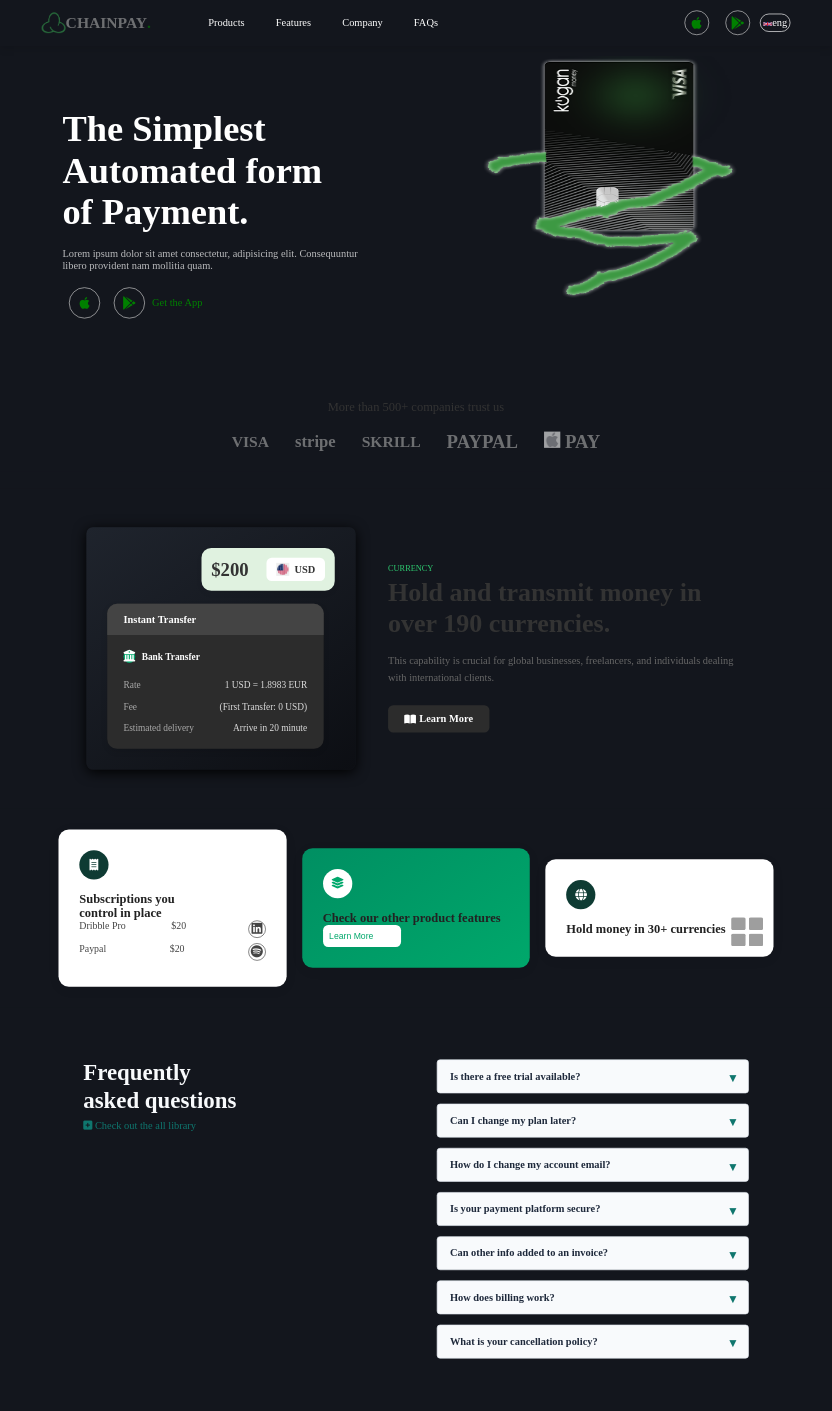
Repository: Austinokezie/Fintech-landing-page
Page: Chainpay.html
An editor plug-in stored every save of this project. The page is shown before and after the next save, followed by the edit.
The browser window is 1280 px wide. The pictures show the whole page, at 65% of full size.
Pictures or frames that could not be fetched are drawn as grey boxes. Some web libraries are served in a nearby version.

Above is the page before, as saved 2025-10-15 23:23:42.

### Chainpay.html
<!DOCTYPE html>
<html lang="en">
<head>
    <meta charset="UTF-8">
    <meta name="viewport" content="width=device-width, initial-scale=1.0">
    <title>Document</title>
    <link rel="stylesheet" href="./Chainpay.css">
    <script src="https://kit.fontawesome.com/988c5ad863.js" crossorigin="anonymous"></script>
</head>
<body>
    <nav>
        <div class="left">
            <div class="logo">
                <img src="./images/logo.png" alt="logo image">

                <span>Chainpay</span><span class="dot">.</span>

            </div>
            <ul class="links">
                <li class="link">Products</li>
                <li class="link">Features</li>
                <li class="link">Company</li>
                <li class="link">FAQs</li>

            </ul>
        </div>

        <div class="btn">
            <i class="fa-brands fa-apple"></i>
            <i class="fa-brands fa-google-play"></i>
            <div class="flag">
                <a href=""><img src="./images/Flag_of_the_United_Kingdom_(1-2).svg.png" alt="flag"><span>eng</span></a>


            </div>

        </div>
    </nav>
    <main>
        <div class="introsection">
            <h1>
                <p>The Simplest</p>
                <p>Automated form</p>
                <p>of Payment.</p>
            </h1>
            <p class="describe">Lorem ipsum dolor sit amet consectetur, adipisicing elit. Consequuntur libero provident nam mollitia quam.</p>
            <div class="btnicons">
                <i class="fa-brands fa-apple"></i>
                <i class="fa-brands fa-google-play"></i>
                <a href="#">Get the App</a>
            </div>
            <!-- <div>
                <button class="btn"> Get Started</button>
                <button class="btn"> Discover More</button>
            </div> -->
        </div>
        <div class="imagesection">
            <img src="./images/card.png" alt="">
        </div>
    </main>
   <section class="trust-section">
      <p class="trust-statement">More than 500+ companies trust us</p>
       <div class="payment-logos">
          <span class="logo visa">VISA</span>
          <span class="logo stripe">stripe</span>
          <span class="logo skrill">Skrill</span>
          <span class="logo paypal">PayPal</span>
          <span class="logo apple-pay"><img src="./images/Apple logo.jpg" alt=""> Pay</span>
        </div>
   </section>
    <section class="currency-feature-section">
            <div class="demo-section">
                <div class="input-card">
                    <span class="amount">$200</span>
                        <div class="currency-selector">
                            <img src="./images/USA FLAG2.jpeg" alt="US Flag" class="flag-icon">
                             <span class="currency-code">USD</span>

                        </div>
                </div>

                <div class="transfer-details-card">
                      <div class="card-header">
                         <span class="header-text">Instant Transfer</span>
                       </div>
                    <div class="transfer-info">
                        <div class="info-line bank-transfer">
                          <span class="icon "><i class="fa-solid fa-building-columns bank-icon"></i></span>
                         <span class="text">Bank Transfer</span>
                       </div>
                       <div class="info-line detail-row">
                          <span class="label">Rate</span>
                          <span class="value">1 USD = 1.8983 EUR</span>
                       </div>
                        <div class="info-line detail-row">
                          <span class="label">Fee</span>
                          <span class="value">(First Transfer: 0 USD)</span>
                       </div>
                       <div class="info-line detail-row">
                          <span class="label">Estimated delivery</span>
                         <span class="value">Arrive in 20 minute</span>
                        </div>
                   </div>
               </div>
            </div>

        <div class="content-section">
               <p class="tagline">Currency</p>
               <h2 class="headline">Hold and transmit money in over 190 currencies.</h2>
               <p class="description">This capability is crucial for global businesses, freelancers, and individuals dealing with international clients.</p>
               <button class="cta-button">
                  <span class="icon learn-icon"><i class="fa-solid fa-book-open"></i></span>
                   Learn More
               </button>
        </div>
    </section>

    <section class="features">
          <div class="card">
               <div class="card-icon">
                 <i class="fa-solid fa-receipt"></i>
                </div>
                <h3>Subscriptions you </h3>
                <h3>control in place</h3>
                <div class="card-footer">
                   <div class="item">
                      <span class="text">Dribble Pro</span>
                       <span class="amt">$20</span>
                       <span>
                            <i class="fa-brands fa-linkedin"></i>
                        </span>
                  </div>
                  <div class="item">
                      <span class="text">Paypal</span>
                      <span class="paypal-amt">$20</span>
                      <span>
                          <i class="fa-brands fa-spotify"></i>
                      </span>
                   </div>
               </div>
           </div>

           <div class="card active">
               <div class="card-icon">
                  <i class="fa-solid fa-layer-group"></i>
                </div>
                <h3>Check our other product features</h3>
                <button class="learn-more">
                  Learn More
               </button>
            </div>

           <div class="card">
               <div class="card-icon">
                 <i class="fa-solid fa-globe"></i>
               </div>
               <h3>Hold money in 30+ currencies</h3>
               <div class="flag-icons">
                  <img src="https://flagcdn.com/w40/gb.png" alt="UK">
                  <img src="https://flagcdn.com/w40/us.png" alt="US">
                  <img src="https://flagcdn.com/w40/ca.png" alt="Canada">
                  <img src="https://flagcdn.com/w40/eu.png" alt="EU">
              </div>
           </div>
    </section>
    <section class="faq-section">

                <div class="faq-header">
                   <h1>Frequently</h1>
                   <h1>asked questions</h1>
                   <p><i class="fas fa-plus-square"></i> Check out the all library</p>
               </div>
                <div class="faq-content">

                   <details class="qa-item">
                      <summary class="question">Is there a free trial available?</summary>
                      <p class="answer">Our user friendly dashboard provides an overview...</p>
                  </details>

                   <details class="qa-item">
                      <summary class="question">Can I change my plan later?</summary>
                      <p class="answer">Yes, you can upgrade, downgrade, or change your plan at any time through your dashboard settings. Changes are effective immediately or at the start of your next billing cycle, depending on the modification.</p>
                  </details>

                  <details class="qa-item">
                     <summary class="question">How do I change my account email?</summary>
                     <p class="answer">You can update your registered email address in the 'Account Settings' section of your profile. For security, you may need to confirm the change via a verification link sent to both the old and new email addresses.</p>
                  </details>

                   <details class="qa-item">
                      <summary class="question">Is your payment platform secure?</summary>
                      <p class="answer">Absolutely. We use industry-leading encryption and partner with certified payment processors (e.g., Stripe, PayPal) to ensure all your transaction details are handled securely and are PCI compliant.</p>
                   </details>

                   <details class="qa-item">
                       <summary class="question">Can other info added to an invoice?</summary>
                      <p class="answer">Yes, you can specify custom information, such as a PO number, VAT ID, or project reference, to be included on your invoices. This can typically be managed in your billing preferences.</p>
                   </details>

                  <details class="qa-item">
                      <summary class="question">How does billing work?</summary>
                      <p class="answer">Billing is handled on a monthly or annual subscription basis, depending on your chosen plan. You will be charged automatically on your renewal date, and invoices are available immediately in your account portal.</p>
                  </details>

                 <details class="qa-item">
                      <summary class="question">What is your cancellation policy?</summary>
                      <p class="answer">You can cancel your subscription at any time. Your service will remain active until the end of the current paid billing period, and you will not be charged again.</p>
                  </details>

                </div>
    </section>


</body>
</html>

### Chainpay.css
*{
    margin: 0;
    padding: 0;

}
body{
    background-color: #13161d;
    color: white;
    scroll-behavior: smooth;
}
nav{
    display: flex;
    justify-content: space-between;
    padding: 16px 64px;
    box-shadow: 0 5px 12px rgba(0, 0, 0, 0.1);
}

nav .left {
    display: flex;
    gap: 4rem;
    align-items: center;
}

nav .logo{
    display: flex;
    align-items: center;

}
nav .logo span{
    font-size: 1.5rem;
    font-weight: bold;
    gap: 2px;

}
nav .logo .dot{
    color: green;
    font-size: 1.5rem;
}
nav .logo img{
    height: 32px;
}
nav .links{
    display: flex;
    list-style: none;

}
nav .links :hover{
    color: forestgreen;
}
nav .links .link{
    padding: 5px 1.5rem;
    font-weight: 500;
}
nav .btn{
    display: flex;
    align-items: center;
    gap: 5px;
}
nav .btn i{
    font-size: 1.3rem;
    background-color: rgba(2, green, blue, alpha);
    color: green;
    padding: .5rem .5rem;
    border: 1px solid #ccc;
    width: 20px;
    height: 20px;
    line-height: 20px;
    text-align: center;
    border-radius: 52px;
    margin:0 10px;
    cursor: pointer;

}
nav .btn .flag{
    display: flex;
    border: 1px solid;
    border-radius: 20px;
    padding: 4px 4px;

}

nav .btn .flag a{
    text-decoration: none;
}
nav .btn .flag img{
    width: .9rem;
    height: .4rem;
}
nav .btn .flag span{
    color: white;
}

main{
    display: flex;
    justify-content: center;
    padding: 1rem 6rem;

    gap: 2rem;
}
main .introsection{
    /* display: flex; */
    padding: 5rem 0;
    /* justify-content: center; */
}
main .introsection h1{
   font-size: 3.5rem;
}
main.introsection h1 p{
    font-size: 5rem;
}
.introsection .describe{
    font-size: 16px;
    opacity: .7;
    margin: 1.5rem 0;
    max-width: 80%;
}
main .imagesection img{
    width: 29rem;
    height: 27rem;
    /* margin-top: 30px; */
}
main .btnicons{
    display: flex;
    gap: 1px;
    align-items: center;
}
main .btnicons a{
    text-decoration: none;
    color: green;
}
main .btnicons i{
    font-size: 1.3rem;
    /* background-color: rgb(36, 17, 17); */
    padding: .5rem .5rem;
    color: green;
    border: 1px solid #ccc;
    width: 30px;
    height: 30px;
    line-height: 30px;
    text-align: center;
    border-radius: 52px;
    margin:0 10px;


}

/* =========================
   🌐 Services Highlight Section
   ========================= */

.trust-section {
    text-align: center;
    padding: 30px 15px;
    background-color: #13161d;
    color: white;
}

.trust-statement {
    font-size: 1.2rem;
    color: #333333; /* Darker text for the statement */
    margin-bottom: 25px;
}

.payment-logos {
    display: flex;
    justify-content: center;
    align-items: center;
    flex-wrap: wrap; /* Allows logos to wrap on smaller screens */
    gap: 40px; /* Space between logos */
}

.logo {
    font-size: 1.5rem;
    font-weight: bold;
    color: #aaaaaa; /* Faded/light gray color as seen in the image */
    text-transform: uppercase;
    opacity: 0.6; /* Slight transparency to enhance the faded look */
    /* Add a specific font-family if you want to match the logo typeface exactly */
}

/* Specific Logo adjustments (optional, to better mimic the logo styles) */
.visa {
    /* No major change needed */
}

.stripe {
    font-size: 1.6rem;
    text-transform: lowercase;
}

.skrill {
    /* No major change needed */
}

.paypal {
    font-size: 1.8rem;
}

.apple-pay {
    font-size: 1.8rem;
    /* The Apple logo  is used directly in the HTML */
}
.apple-pay img{
    width: 25px;
    height: 25px;
}


/* Base Styles */
.currency-feature-section {
    display: flex;
    justify-content: center;
    align-items: center;
    padding: 60px 5%;
    background-color: #13161d;
    color: white;
    font-family: serif;
    box-shadow: rgba(0, 0, 0, 0.1);
    margin-top: 25px;
}

/* --------------------
    Left Column: Demo Section Styling
-------------------- */
.demo-section {
    flex: 1;
    display: flex;
    flex-direction: column;
    gap: 20px;
    padding: 2rem;
    max-width: 350px; /* Limit size for better aesthetics */
    background: linear-gradient(145deg, #1f242d, #0c0e13);
    box-shadow: 0 4px 20px rgba(0, 0, 0, 10);
    border-radius: 10px;
}

/* Input Card */
.input-card {
    background-color: #e0f2e0; /* Lightest green for the card */
    padding: 15px 15px;
    border-radius: 15px;
    display: flex;
    justify-content: space-between;
    align-items: center;
    margin-left: auto;
    box-shadow: 0 4px 10px rgba(0, 0, 0, 0.05); /* Soft shadow */
    width: 50%; /* Smaller than the overall demo section */
}

.input-card .amount {
    font-size: 1.8rem;
    font-weight: bold;
    color: #333;
}

.currency-selector {
    display: flex;
    align-items: center;
    background-color: #fff; /* White background for selector */
    padding: 8px 15px;
    border-radius: 8px;
    font-weight: bold;
    cursor: pointer;
}

.flag-icon {
    width: 20px;
    height: 20px;
    margin-right: 8px;
    /* In a real scenario, you'd load the image */
    /* Placeholder for the flag */
    background-color: #003087; /* Just to show where the flag goes */
    /* border: 1px solid #ccc; */
}
.currency-code {
    color: #333;
}

/* Transfer Details Card */
.transfer-details-card {
    background-color: #2c2c2c; /* Dark background for this card */
    color: #ffffff;
    padding: 0;
    border-radius: 15px;
    box-shadow: 0 4px 10px rgba(0, 0, 0, 0.1);
    width: 95%; /* Wider than the input card */
}

.card-header {
    background-color: #444444; /* Darker header section */
    padding: 15px 25px;
    border-top-left-radius: 15px;
    border-top-right-radius: 15px;
}

.header-text {
    font-weight: bold;
    font-size: 1rem;
}

.transfer-info {
    padding: 15px 25px;
}

.info-line {
    display: flex;
    justify-content: space-between;
    padding: 8px 0;
    font-size: 0.9rem;
    color: #dddddd; /* Light text for details */
    gap: 10px;
}

.bank-transfer {
    justify-content: flex-start;
    align-items: center;
    font-weight: bold;
    color: #ffffff;
    margin-bottom: 10px;
}

.bank-icon {
    display: flex;
    align-items: center;
    width: 20p;
    height: 20px;
    background-color: #00a86b; /* Green circle icon color */
    border-radius: 50%;
    font-size: 18px;
    /* margin-right: 10px; */
    /* flex-shrink: 0; */

}
.bank-icon i{
    font-size: 18px;
    color: #00a86b;
    line-height: 1;
}

.detail-row .label {
    color: #aaaaaa; /* Lighter gray for labels */
}

.detail-row .value {
    text-align: right;
}

/* --------------------
    Right Column: Content Section Styling
-------------------- */
.content-section {
    flex: 1;
    max-width: 550px;
    padding-left: 50px;
    color: #f5f5dc;
}

.tagline {
    font-size: 0.8rem;
    color: #2ecc71;
    text-transform: uppercase;
    margin-bottom: 5px;
}

.headline {
    font-size: 2.5rem;
    font-weight: 900;
    line-height: 1.2;
    color: #333;
    margin: 0 0 20px 0;
}

.description {
    font-size: 1rem;
    line-height: 1.6;
    color: #666;
    margin-bottom: 30px;
}

.cta-button {
    background-color: #2c2c2c; /* Dark background for CTA */
    color: #ffffff;
    border: none;
    padding: 12px 25px;
    border-radius: 8px;
    font-size: 1rem;
    font-weight: bold;
    cursor: pointer;
    display: flex;
    align-items: center;
    transition: background-color 0.3s;
    font-family: serif;
}

.cta-button:hover {
    background-color: #444444;
}

.learn-icon {
    width: 15px;
    height: 15px;
    /* background-color: #00a86b; Small green icon placeholder */
    border-radius: 3px;
    margin-right: 8px;
}

/* === Feature Section === */
.features {
  display: flex;
  justify-content: center;
  align-items: center;
  gap: 1.5rem;
  padding: 2rem;
  max-width: 1100px;
  flex-wrap: nowrap;
  margin: 0 auto;

}

/* === Card === */
.card {
  background: #fff;
  border-radius: 16px;
  padding: 2rem;
  width: 300px;
  box-shadow: 0 4px 20px rgba(0, 0, 0, 0.05);
  display: flex;
  flex-direction: column;
  justify-content: space-between;
  transition: transform 0.3s ease;
  /* min-height: 320px; */
  position: relative;
}

.card:hover {
  transform: translateY(-5px);
}

/* === Icon Circle === */
.card-icon {
  background-color: #0e3b33;
  color: #fff;
  width: 45px;
  height: 45px;
  border-radius: 50%;
  display: flex;
  align-items: center;
  justify-content: center;
  font-size: 18px;
  margin-bottom: 1.2rem;

}

/* === Card Headings === */
.card h3 {
  font-size: 1.2rem;
  /* margin-bottom: 1.5rem; */
  color: #222;
}

/* === Active (Middle) Card === */
.card.active {
  background: linear-gradient(145deg, #008f62, #00a86b);
  color: #fff;
}

.card.active .card-icon {
  background-color: #fff;
  color: #00a86b;
}

/* === Learn More Button === */
.learn-more {
  /* margin-top: ; */
  background-color: #fff;
  color: #00a86b;
  border: none;
  width: 120px;
  padding: 0.6rem 0.6rem ;
  border-radius: 8px;
  cursor: pointer;
  font-weight: 500;
  display: inline-flex;
  align-items: center;
  gap: 8px;
  transition: all 0.3s ease;
}

.learn-more:hover {
  background-color: #e8f6f0;
}

/* === Footer Items (First Card) === */
.card-footer .item {
  display: flex;
  justify-content: space-between;
  margin-bottom: 0.5rem;
  font-size: 0.95rem;
  color: #444;
}
.item .amt{
    margin-right: 25px;
}
.item i{
    width: 25px;
   height: 25px;
   border-radius: 50%;
  font-size: 1.2rem;
  border: 1px solid;
  display: flex;
  justify-content: center;
  align-items: center;
}

/* === Flag Icons (Last Card) === */
.flag-icons {
    position: absolute;
    bottom: 1rem;
    right: 1rem;
    /* align-items: flex-end; */
    display: grid;
    grid-template-columns: repeat(2, 1fr);
    gap: 0.3rem;
    /* margin-top: auto; */
}

.flag-icons img {
  width: 22px;
  height: 20px;
  border-radius: 3px;
  object-fit: cover;
}


/* FAQ SECTION */


.faq-section {
  display: flex;
  justify-content: space-between;
  align-items: flex-start;
  gap: 4rem;
  padding: 5rem 8rem;
  background-color: #13161d;
  color: #f8fafc;
}

.faq-header {
  flex: 1;
  text-align: left;
  margin-bottom: 2rem;
}

.faq-header h1 {
  font-size: 2.2rem;
  font-weight: 700;
  line-height: 1.2;
}

.faq-header p {
  color: #0f766e;
  font-weight: 500;
  font-size: 1rem;
  margin-top: 0.5rem;
}

.faq-content {
    flex: 1;
   max-width: 60%;
  /* margin: 0 auto; */
   display: flex;
   flex-direction: column;
   gap: 1rem;
}

/* Each Question Card */
.qa-item {
  border: 1px solid #e2e8f0;
  border-radius: 5px;
  padding: 1rem 1.2rem;
  background-color: #f8fafc;
}

.qa-item summary {
  font-weight: 600;
  color: #1e293b;
  cursor: pointer;
  position: relative;
  list-style: none;
  padding-right: 1.5rem;
}

.qa-item summary::marker {
  display: none;
}

/* Dropdown arrow */
.qa-item summary::after {
  content: '▾';
  position: absolute;
  right: 0;
  top: 0;
  font-size: 1.2rem;
  color: #0f766e;
  transition: transform 0.3s ease;
}

.qa-item[open] summary::after {
  transform: rotate(-180deg);
}

.qa-item p {
  margin-top: 0.8rem;
  color: #475569;
  font-size: 0.95rem;
  line-height: 1.6;
}

.qa-item:hover summary {
  color: #0f766e;
}


/* Mobile View (Max-width: 480px) */
@media (max-width: 480px) {
    .trust-section {
        padding: 20px 10px;
    }

    .trust-statement {
        font-size: 1rem;
        margin-bottom: 15px;
    }

    .payment-logos {
        gap: 20px 30px; /* Vertical and horizontal gap */
        /* Logos might wrap to a new line on very small screens */
    }

    .logo {
        font-size: 1.2rem; /* Smaller logos for mobile */
    }

    .stripe {
        font-size: 1.3rem;
    }

    .paypal,
    .apple-pay {
        font-size: 1.5rem;
    }
}


/* Tablet View (Max-width: 768px) */
@media (max-width: 768px) {
    .currency-feature-section {
        flex-direction: column; /* Stack columns vertically */
        padding: 40px 5%;
    }

    .demo-section {
        padding-right: 0;
        margin-bottom: 30px;
        width: 100%;
        max-width: none;
        align-items: center; /* Center the cards */
    }

    .input-card {
        width: 70%;
        max-width: 350px;
    }

    .transfer-details-card {
        width: 80%;
        max-width: 400px;
    }

    .content-section {
        padding-left: 0;
        text-align: center; /* Center align text */
        max-width: 100%;
    }

    .headline {
        font-size: 2rem;
    }

    .cta-button {
        margin: 0 auto; /* Center the button */
    }
}

/* Mobile View (Max-width: 480px) */
@media (max-width: 480px) {
    .currency-feature-section {
        padding: 30px 4%;
    }

    .headline {
        font-size: 1.7rem;
    }

    .description {
        font-size: 0.9rem;
    }

    .input-card {
        width: 100%; /* Full width for smaller screens */
        max-width: none;
        padding: 15px 20px;
    }

    .input-card .amount {
        font-size: 1.5rem;
    }

    .currency-selector {
        padding: 6px 10px;
    }

    .transfer-details-card {
        width: 95%; /* Keep it slightly narrower than full width */
        max-width: none;
    }

    .info-line {
        font-size: 0.85rem;
    }
}

/* Tablet ≤ 768px */
@media (max-width: 768px) {
  .faq-section {
    padding: 4rem 1.5rem;
  }

  .faq-header h1 {
    font-size: 1.8rem;
  }

  .faq-content {
    gap: 0.8rem;
  }
}

/* Mobile ≤ 480px */
@media (max-width: 480px) {
  .faq-section {
    padding: 3rem 1rem;
  }

  .faq-header h1 {
    font-size: 1.5rem;
  }

  .qa-item summary {
    font-size: 0.95rem;
  }

  .qa-item p {
    font-size: 0.85rem;
  }
}

After the next save:
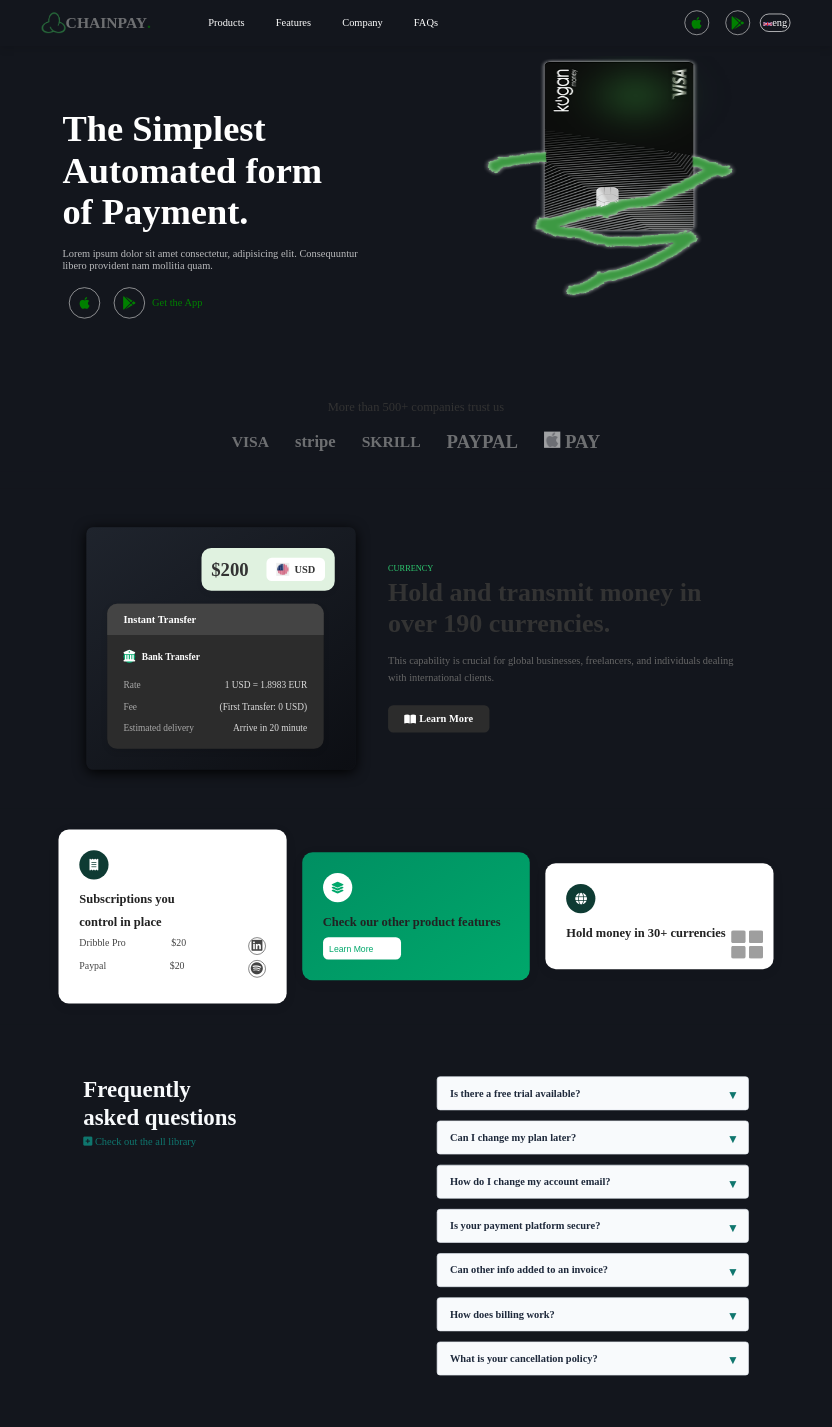
Saved 30 s later.
--- a/Chainpay.css
+++ b/Chainpay.css
@@ -454,7 +454,7 @@
 /* === Card Headings === */
 .card h3 {
   font-size: 1.2rem;
-  /* margin-bottom: 1.5rem; */
+  margin-bottom: .8rem;
   color: #222;
 }
 
